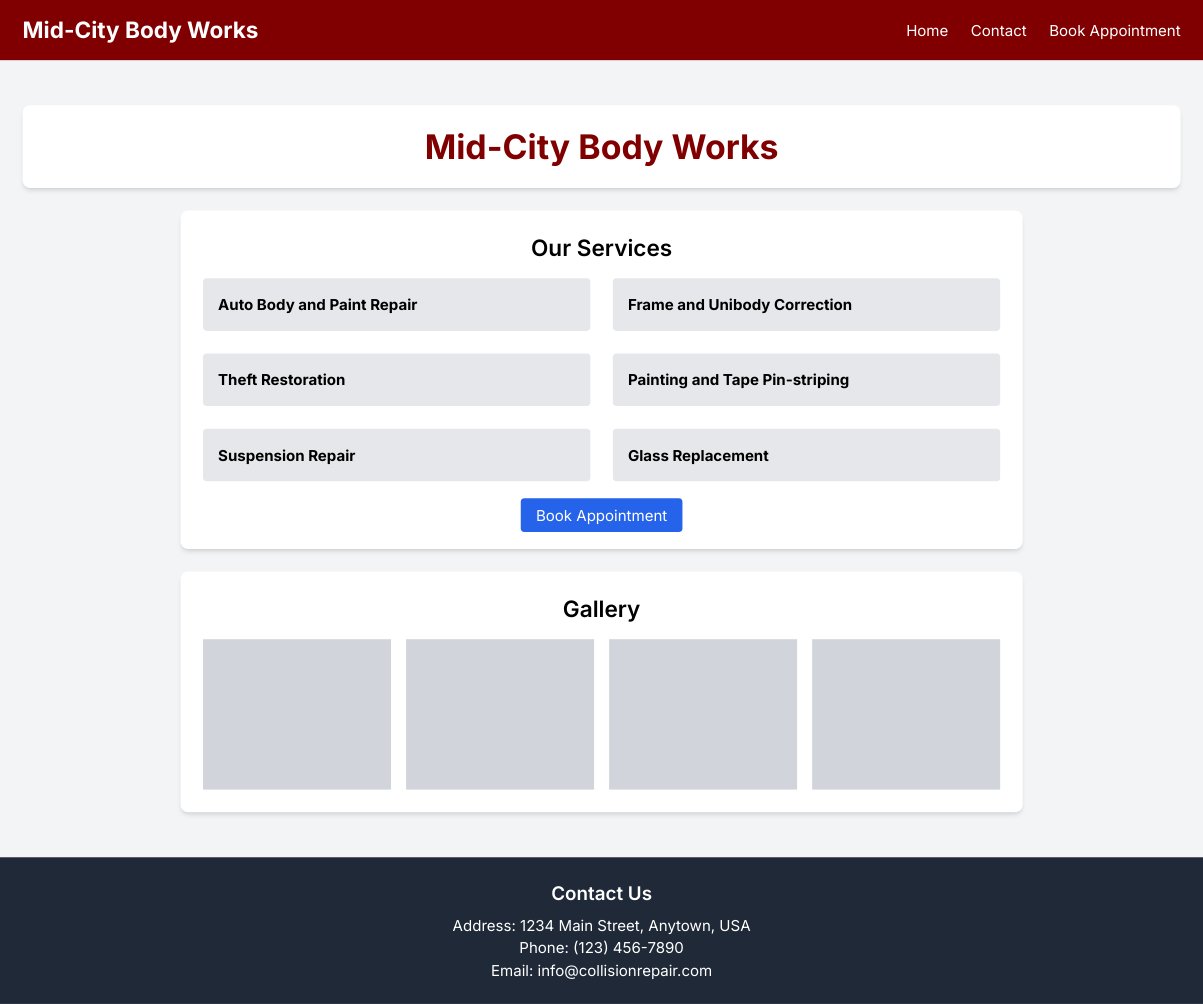
Repository: kayacancode/midcitybodyworks
Page: /
An editor plug-in stored every save of this project. The page is shown before and after the next save, followed by the edit.
The browser window is 1280 px wide. The pictures show the whole page, at 94% of full size.
The project was rebuilt for these pictures with package versions that can differ from the ones it lists, and the page was loaded fresh each time. The framework's server and built-in components were replaced by stand-ins that run in the browser. Also part of the build but not shown: next.config.mjs.

Above is the page before, as saved 2024-06-29 12:07:26.

After the next save:
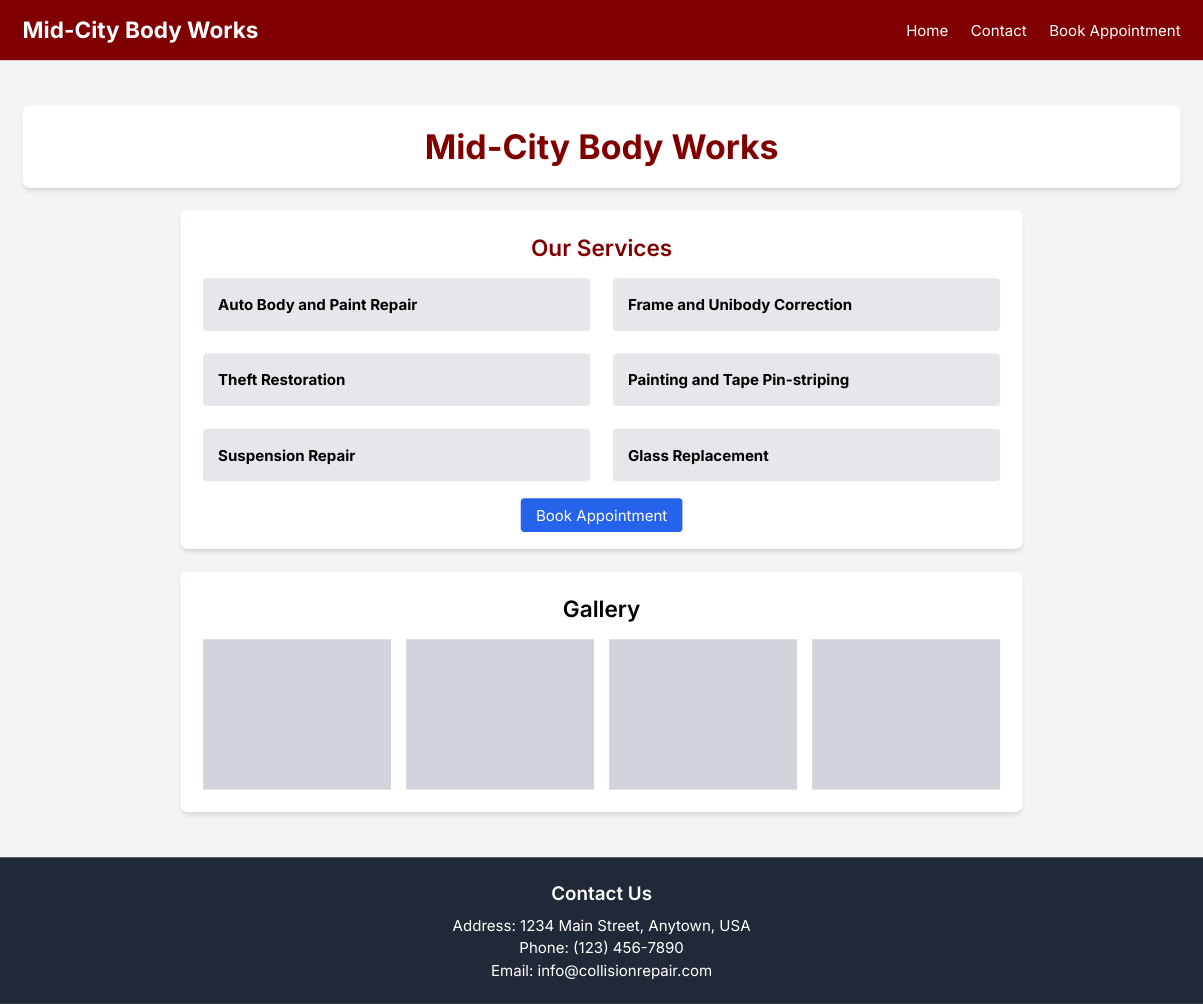
Saved 18 s later.
--- a/src/app/page.js
+++ b/src/app/page.js
@@ -23,7 +23,7 @@ export default function Home() {
 
         {/* Our Services Section */}
         <section className="w-full max-w-4xl bg-white p-6 rounded-lg shadow-md mt-6">
-          <h2 className="text-2xl font-semibold mb-4 text-center">Our Services</h2>
+          <h2 className="text-2xl font-semibold mb-4 text-[#800001] text-center">Our Services</h2>
           <div className="grid grid-cols-1 sm:grid-cols-2 gap-6">
             <div className="bg-gray-200 p-4 rounded">
               <h3 className="font-bold">Auto Body and Paint Repair</h3>
